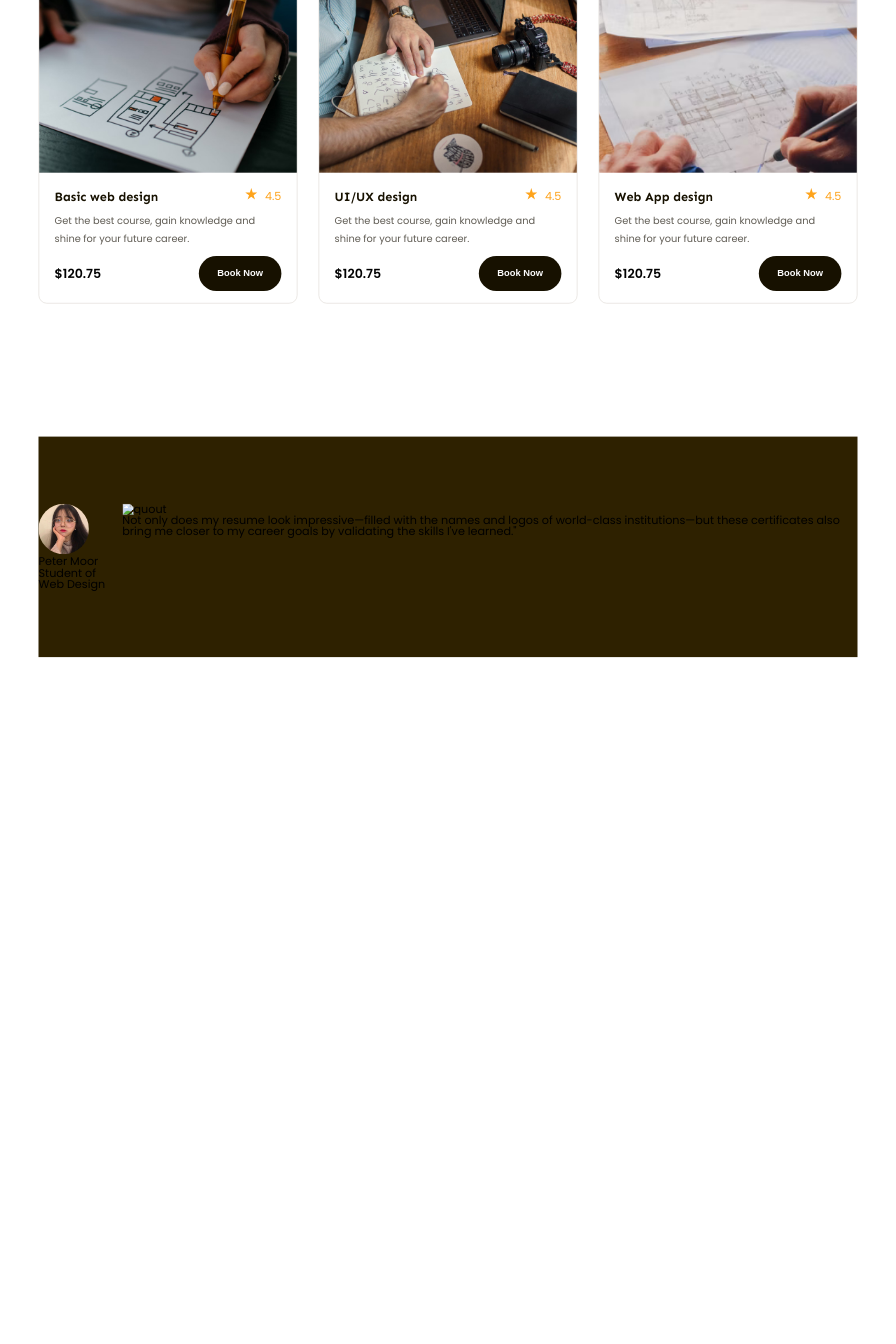
Repository: Toihoclaptrinh/duan1_figma
Page: index.html
An editor plug-in stored every save of this project. The page is shown before and after the next save, followed by the edit.
The browser window is 1280 px wide. The pictures show the part of the page from y = 1314 to 3234 px (the page is 10000 px tall), at 70% of full size.

Above is the page before, as saved 2024-02-09 23:23:34.

### index.html
<!DOCTYPE html>
<html lang="en">
  <head>
    <meta charset="UTF-8" />
    <meta name="viewport" content="width=device-width, initial-scale=1.0" />
    <!-- reset css -->
    <link rel="stylesheet" href="./assets/css/reset.css" />
    <!-- embet font -->
    <link rel="preconnect" href="https://fonts.googleapis.com" />
    <link rel="preconnect" href="https://fonts.gstatic.com" crossorigin />
    <link
      href="https://fonts.googleapis.com/css2?family=Poppins:ital,wght@0,400;0,500;0,600;0,700;1,400&family=Sen:wght@700&display=swap"
      rel="stylesheet"
    />

    <!-- style css -->
    <link rel="stylesheet" href="./assets/css/style.css" />

    <title>Figma</title>
  </head>
  <body style="height: 10000px">
    <!-- header -->
    <header class="header fixed">
      <div class="main-content">
        <div class="body">
          <!-- logo -->
          <img src="./assets/icon/Lesson..svg" alt="Lesson" />
          <!-- navigation -->
          <nav class="nav">
            <ul>
              <li class="active">
                <a href="#!">Home</a>
              </li>
              <li>
                <a href="#!">Courses</a>
              </li>
              <li>
                <a href="#!">Pricing</a>
              </li>
              <li>
                <a href="#!">Reviews</a>
              </li>
            </ul>
          </nav>
          <!-- btn action -->
          <div class="action">
            <a href="#!" class="btn btn-sign-up">Sign Up</a>
          </div>
        </div>
      </div>
    </header>

    <main>
       <!-- code phần hero -->
      <div class="hero">
        <div class="main-content">
          <div class="body">
            <!-- hero left -->
            <div class="media-block">
              <img
                src="./assets/img/guy-lesson 1.jpg"
                alt="ảnh minh họa"
                class="img"
              />
              <div class="hero-summary">
                <!-- item 1 -->
                <div class="item">
                  <div class="icon">
                    <img src="./assets/icon/Design.svg" alt="icon design" />
                  </div>
                  <div class="info">
                    <p class="label">20 Courses</p>
                    <p class="title">UI/UX Design</p>
                  </div>
                </div>
                <!-- item 2 -->
                <div class="item">
                  <div class="icon icon2">
                    <img src="./assets/icon/Dev.svg" alt="icon dev" />
                  </div>
                  <div class="info">
                    <p class="label">20 Courses</p>
                    <p class="title">Development</p>
                  </div>
                </div>
                <!-- item 3 -->
                <div class="item">
                  <div class="icon icon3">
                    <img src="./assets/icon/Mark.svg" alt="icon marketing" />
                  </div>
                  <div class="info">
                    <p class="label">30 Courses</p>
                    <p class="title">Marketing</p>
                  </div>
                </div>
              </div>
            </div>
              <!-- hero-right -->
              <div class="contain-block">
                <h1 class="heading">
                  Learn without limits and spread knowledge.
                </h1>
                <p class="desc">
                  Build new skills for that “this is my year” feeling with
                  courses, certificates, and degrees from world-class
                  universities and companies.
                </p>
                <div class="cta-group">
                  <a href="#!" class="btn">See Courses</a>
                  <button class="watch-video">
                    <div class="icon">
                      <img src="./assets/icon/Polygon 2.svg" alt="play video" />
                    </div>
                    <span>Watch Video</span>
                  </button>
                </div>
                <p class="desc descRecent">Recent engagement</p>
                <p class="desc descstrong" >
                  <strong>50K</strong> Students <strong>70+</strong> Courses
                </p>
              </div>
          </div>
        </div>
        </div>
      </div>
       <!-- code phần pupular -->
      <div class="popular">
        <div class="main-content">
          <div class="pupular-top">
            <!-- khối bên trái  -->
            <div class="info">
              <h2 class="heading-lv2">Our popular courses</h2>
              <p class="desc">Build new skills with new trendy courses and shine for the next future career.</p>
            </div>
              <div class="controls">
                <button class="control-btn">
                  <svg width="8" height="14" viewBox="0 0 8 14" fill="none" xmlns="http://www.w3.org/2000/svg">
                    <path d="M7 1L1 7L7 13" stroke="currentColor" stroke-linecap="round" stroke-linejoin="round"/>
                    </svg>
                </button>
                <button class="control-btn">
                  <svg width="8" height="14" viewBox="0 0 8 14" fill="none" xmlns="http://www.w3.org/2000/svg">
                    <path d="M1 1L7 7L1 13" stroke="currentColor" stroke-linecap="round" stroke-linejoin="round"/>
                    </svg>
                </button>
              </div>
          </div>
          <div class="courses-list">
            <!-- khối thứ 1  -->
            <div class="courses-item">
              <a href="#!"><img src="./assets/img/thumb.jpg" alt="Basic web design" class="thumb"></a>
              <div class="info">
                <div class="head">
                  <h3 class="title"><a href="#!">Basic web design</a></h3>
                  <div class="rating">
                      <img src="./assets/icon/Star.svg" alt="star" class="star">
                      <span class="value">4.5</span>
                   </div>
                </div>

              <div class="desc">
                <p>Get the best course, gain knowledge and shine for your future career.</p>
              </div>
              <div class="foot">
                <span class="price">$120.75</span>
                <button class="btn">Book Now</button>
              </div>
            </div>
          </div>
            <!-- khối thứ 2 -->
            <div class="courses-item">
             <a href="#!"> <img src="./assets/img/thum2.jpg" alt="UI/UX design" class="thumb"></a>
              <div class="info">
                <div class="head">
                  <h3 class="title"><a href="#!">UI/UX design</a></h3>
                  <div class="rating">
                    <img src="./assets/icon/Star.svg" alt="star" class="star">
                      <span class="value">4.5</span>
                   </div>
                </div>

              <div class="desc">
                <p>Get the best course, gain knowledge and shine for your future career.</p>
              </div>
              <div class="foot">
                <span class="price">$120.75</span>
                <button class="btn">Book Now</button>
              </div>
            </div>
          </div>
            <!-- khối thứ 3 -->
            <div class="courses-item">
              <a href="#!"><img src="./assets/img/thumb3.png" alt="Web App design" class="thumb"></a>
              <div class="info">
                <div class="head">
                  <h3 class="title"><a href="#!">Web App design</a></h3>
                  <div class="rating">
                    <img src="./assets/icon/Star.svg" alt="star" class="star">
                      <span class="value">4.5</span>
                   </div>
                </div>
                <div class="desc">
                  <p>Get the best course, gain knowledge and shine for your future career.</p>
                </div>
                <div class="foot">
                  <span class="price">$120.75</span>
                  <button class="btn">Book Now</button>
                </div>
            </div>
          </div>
        </div>
        </div>
     </div>
     <!-- code phần feedback -->
     <div class="feedback">
        <div class="main-content">
          <div class="feedback-list">
            <div class="feedback-items">
              <!-- khối bên trái -->
                <div class="info">
                  <img src="./assets/img/avatar.jpg" alt="avatar" class="avatar">
                  <p class="name">Peter Moor</p>
                  <p class="desc">Student of Web Design</p>
                  <div class="dots">
                    <span class="dot"></span>
                    <span class="dot"></span>
                    <span class="dot"></span>
                  </div>
                </div>
                <!-- khối bên phải -->
                <div class="describe">
                  <img src="#!" alt="quout" class="quot">
                  <p class="desc"> Not only does my resume look impressive—filled with the names and logos of
                    world-class institutions—but these certificates also bring me closer to my career goals by
                    validating the skills I've learned." </p>
                </div>
            </div>
          </div>
        </div>
     </div>
    </main>
  </body>
</html>

### assets/css/style.css
/* font
 font-family: 'Poppins', sans-serif;
font-family: 'Sen', sans-serif;
 */

/* Phần code chung */

:root {
  --font-heading: "Sen", sans-serif;
  --primary-color: #ffb900;
}

* {
  box-sizing: border-box;
}
html {
  font-size: 62.5%;
}
body {
  font-size: 1.6rem;
  font-family: "Poppins", sans-serif;
}

a {
  text-decoration: none;
}

.heading-lv2 {
  font-family: var(--font-heading);
  font-size: 3.8rem;
  font-weight: 700;
  line-height: 1.27;
  letter-spacing: -0.76px;
}

/* code phần khối giao diện */
.main-content {
  width: 1170px;
  margin-left: auto;
  margin-right: auto;
  max-width: calc(100% - 48px);
}

/* Phần header */
.header {
  background: #fffcf4;
}
.header.fixed {
  position: sticky;
  /* phần phía trên sign up cách phía trên 8px cho bằng với phần bên dưới,nên để top -28px(36px-8),để âm 28 để cho phần
  thừa ra bị ẩn đi */
  top: -28px;
  z-index: 1;
}

.header .body {
  display: flex;
  align-items: center;
  padding: 36px 0px 8px;
}

.nav ul {
  display: flex;
}
.nav {
  margin-left: auto;
}

/* Thanh điều hướng */
.nav a {
  position: relative;
  color: #5f5b53;
  font-size: 1.6rem;
  padding: 8px 21px;
}

/* Dùng shadow tạo hiệu ứng in đậm khi hover  */
.nav li.active a,
.nav a:hover {
  color: #171100;
  text-shadow: 1px 0px 0px currentColor;
}

/* tạo dấu gạch chân dưới Home */
.nav li.active a::after {
  left: 21px;
  bottom: 6px;
  position: absolute;
  display: block;
  content: "";
  width: 12px;
  height: 2px;
  border-radius: 1px;
  background: #171100;
}

/* sign-up  */
.btn {
  display: inline-block;
  line-height: 50px;
  padding: 0 16px;
  min-width: 118px;
  color: #fff;
  text-align: center;
  font-weight: 600;
  border-radius: 999px;
  background: #171100;
}

.btn:hover {
  opacity: 0.9;
}

.header .btn-sign-up {
  min-width: 144px;
}

.header .action {
  margin-left: 49px;
}

/* phần hero  */

.hero {
  padding: 56px 0 65px;
  background-color: #fffcf4;
}

.hero .body {
  display: flex;
}

/* =========== hero left ================== */

.hero .media-block {
  width: 48%;
  position: relative;
}

.hero .media-block .img {
  width: 470px;
  height: 685px;
  object-fit: cover;
  border-radius: 20px;
}

.hero .hero-summary {
  width: 270px;
  padding: 24px;
  position: absolute;
  bottom: 48px;
  left: 300px;
  border-radius: 20px;
  background-color: #ffffff;
}

.hero-summary .item {
  display: flex;
  align-items: center;
}

.hero-summary .item + .item {
  margin-top: 22px;
}

.hero-summary .icon {
  width: 48px;
  height: 48px;
  border-radius: 50%;
  display: flex;
  justify-content: center;
  background-color: #fff9e8;
}

.hero-summary .icon2 {
  background-color: #fcefff;
}

.hero-summary .icon2 {
  background-color: #ebeaff;
}

.hero-summary .info {
  margin-left: 16px;
}

.hero-summary .info .label {
  font-size: 1.4rem;
  line-height: 1.86;
  color: #5f5b53;
}

.hero-summary .info .title {
  font-size: 1.4rem;
  color: #171100;
  line-height: 1.67;
  font-weight: 600;
}

/* =============== hero right ======= */

.hero .contain-block {
  width: 52%;
  padding-left: 130px;
  padding-top: 64px;
}

.hero .heading {
  color: #171100;
  font-family: var(--font-heading);
  font-size: 5.8rem;
  font-weight: 700;
  line-height: 1.17;
  letter-spacing: -1.16px;
}

.hero .desc {
  margin-top: 22px;
  font-size: 1.8rem;
  line-height: 1.67;
  color: #5f5b53;
}

.hero .cta-group {
  display: flex;
  margin-top: 38px;
  align-items: center;
}

.hero .btn {
  min-width: 180px;
  background-color: var(--primary-color);
  line-height: 64px;
}

.hero .watch-video {
  margin-left: 28px;
  border: none;
  background-color: transparent;
  display: flex;
  align-items: center;
  cursor: pointer;
}

.hero .watch-video .icon {
  width: 40px;
  height: 40px;
  background-color: #ffffff;
  border-radius: 40px;
  display: flex;
  align-items: center;
  justify-content: center;
  box-shadow: rgba(67, 71, 85, 0.27) 0px 0px 0.25em,
    rgba(90, 125, 188, 0.05) 0px 0.25em 1em;
}

.hero .watch-video span {
  margin-left: 14px;
  font-size: 1.8rem;
  font-weight: 600;
  line-height: 1.67;
}

.hero .descRecent {
  margin-top: 48px;
}

.hero .descstrong strong {
  font-family: var(--font-heading);
  font-size: 4.4rem;
  font-weight: 700;
  line-height: 1.23;
  color: #171100;
  margin-right: 15px;
}

.hero .descstrong {
  margin-top: 8px;
}

.hero .descstrong strong:nth-child(2) {
  margin-left: 28px;
}

.popular {
  padding: 65px 0px 55px;
  margin-top: 135px;
}

.pupular-top {
  display: flex;
  justify-content: space-between;
}

.pupular-top .desc {
  width: 458px;
  color: #5f5b53;
  font-size: 1.8rem;
  font-weight: 400;
  line-height: 1.67;
  margin-top: 16px;
}

.pupular-top .controls {
  display: flex;
  gap: 18px;
}

.pupular-top .control-btn {
  background-color: transparent;
  width: 40px;
  height: 40px;
  border: 1px solid var(--primary-color);
  border-radius: 50%;
  display: flex;
  justify-content: center;
  align-items: center;
  color: #ffb900;
}

.pupular-top .control-btn:hover {
  background-color: #ffb900;
  color: #ffffff;
  cursor: pointer;
}

.popular .courses-list {
  display: flex;
  margin-top: 55px;
  justify-content: space-between;
  gap: 30px;
}

.popular .courses-list .courses-item {
  flex: 1;
  max-width: 370px;
  height: 466px;
  border-radius: 12px;
  border: 1px solid #e2dfda;
}

.popular .courses-list .courses-item:hover {
  box-shadow: 0px 18px 36px 0px #0000000d;
  border: none;
}
.popular .courses-item .thumb {
  width: 100%;
  height: 278px;
  object-fit: cover;
}

.popular .courses-item .info {
  margin: 16px 22px 22px;
}

.popular .courses-item .head {
  display: flex;
  align-items: center;
  justify-content: space-between;
}

.popular .courses-item .title a {
  color: #171100;
  font-family: var(--font-heading);
  font-size: 1.8rem;
  font-weight: 600;
  line-height: 1.67;
}

.courses-item .head .value {
  font-size: 1.6rem;
  font-weight: 400;
  line-height: 1.75;
  color: #fea31b;
  margin-left: 6px;
}

.popular .courses-item .desc {
  font-size: 1.4rem;
  font-weight: 400;
  line-height: 1.86;
  color: #5f5b53;
  margin-top: 6px;
}

.popular .courses-item .foot {
  display: flex;
  align-items: center;
  justify-content: space-between;
  margin: 12px 0px 22px;
}

.popular .courses-item .foot .price {
  font-size: 1.8rem;
  font-weight: 600;
  line-height: 1.67;
}

.popular .courses-item .foot .btn {
  border: none;
}

.courses-item .foot .btn:hover {
  background-color: #ffb900;
  color: #ffffff;
  cursor: pointer;
}

.feedback .feedback-items {
  background-color: #2e2100;
  margin-top: 135px;
  padding: 96px 0px;
}

.feedback-items {
  display: flex;
}

.feedback .info .avatar {
  border-radius: 999px;
  width: 72px;
}

Loaded but not shown: assets/css/reset.css (common file)

After the next save:
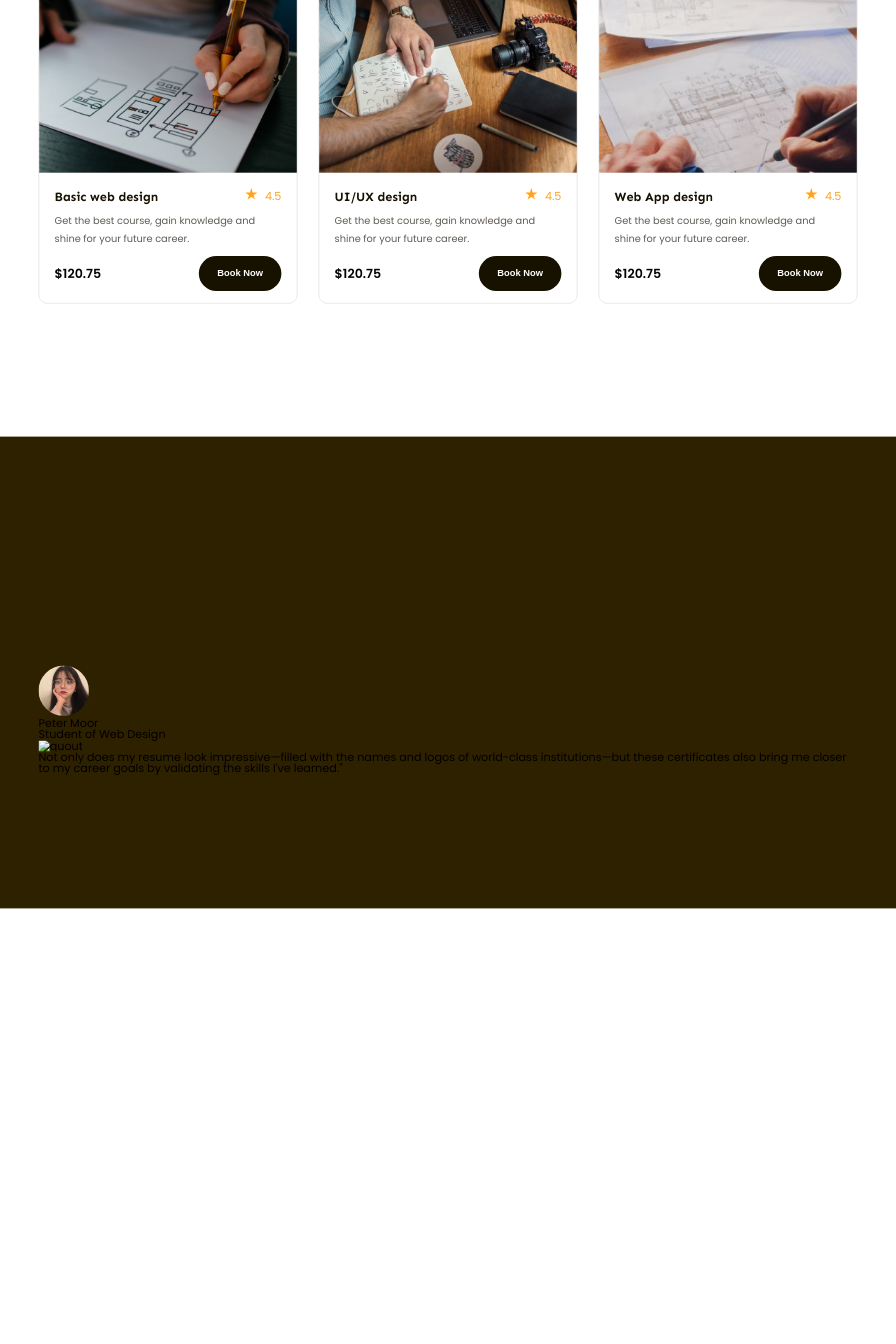
Saved 60 s later.
--- a/assets/css/style.css
+++ b/assets/css/style.css
@@ -406,16 +406,18 @@ a {
   cursor: pointer;
 }
 
+.feedback {
+  background-color: #2e2100;
+  margin-top: 135px;
+  padding: 96px 0px;
+}
+
 .feedback .feedback-items {
   background-color: #2e2100;
   margin-top: 135px;
   padding: 96px 0px;
 }
 
-.feedback-items {
-  display: flex;
-}
-
 .feedback .info .avatar {
   border-radius: 999px;
   width: 72px;
